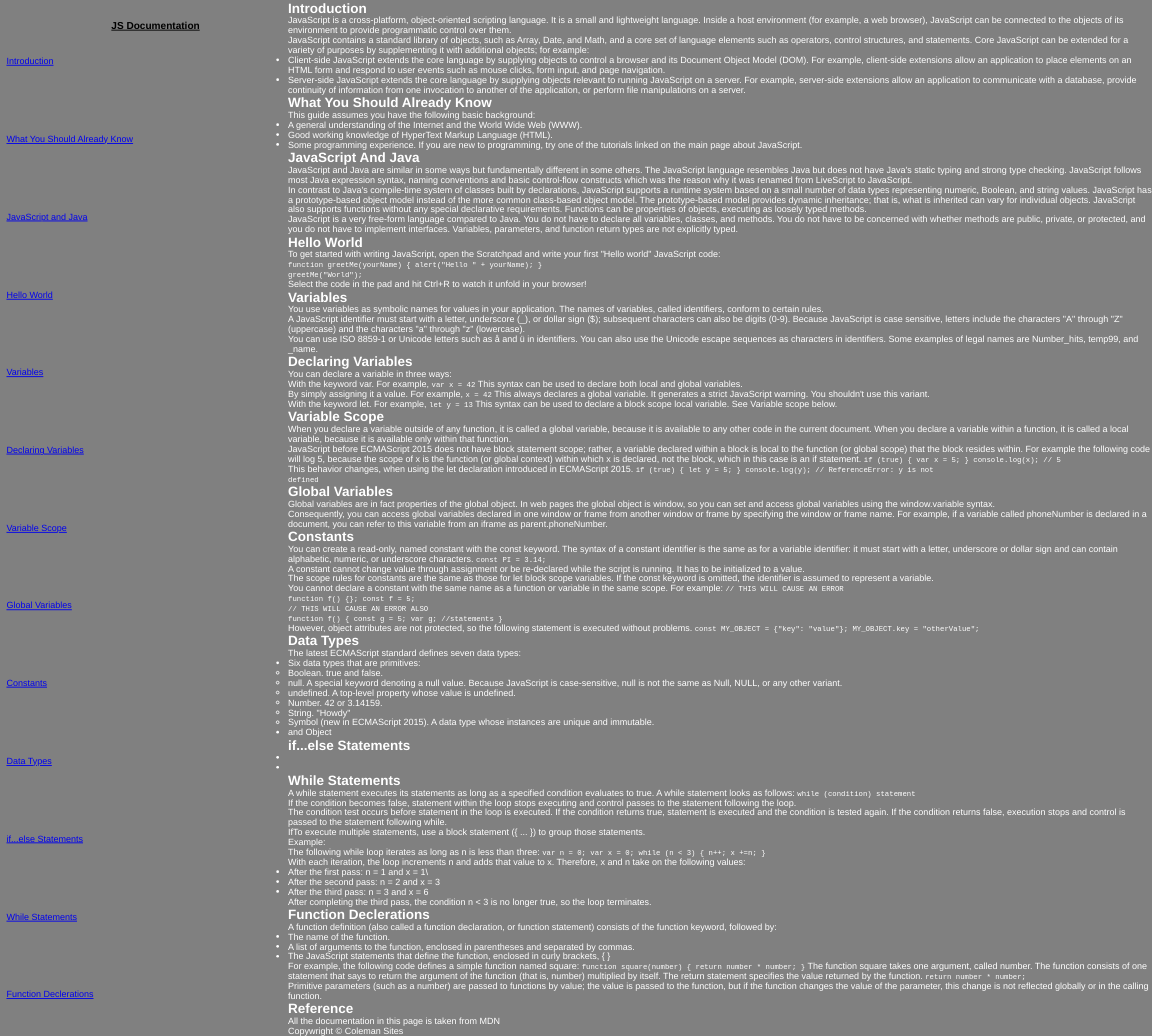
Repository: ctcoleman/technicalDocumentationPage
Page: index.html
These files come from the project's save history. The page is drawn as it stood at one moment and after the next save; the edit follows.
The browser window is 1280 px wide. The pictures show the whole page, at 90% of full size.

Above is the page before, as saved 2020-07-10 19:51:28.

### index.html
<!DOCTYPE html>
<html lang="en">

<head>
  <meta charset="UTF-8">
  <meta name="viewport" content="width=device-width, initial-scale=1.0">
  <title>FCC: Technical Documentation Page</title>
  <link type="text/css" rel="stylesheet" href="/assets/stylesheets/style.css">
</head>

<body>

  <nav id="navbar">
    <header id="main-heading">
      <h1>JS Documentation</h1>
    </header>
    <div class="nav-container">
      <a class="nav-link" href="#introduction">Introduction</a>
      <a class="nav-link" href="#what_you_should_already_know">What You Should Already Know</a>
      <a class="nav-link" href="#javaScript_and_java">JavaScript and Java</a>
      <a class="nav-link" href="#hello_world">Hello World</a>
      <a class="nav-link" href="#variables">Variables</a>
      <a class="nav-link" href="#declaring_variables">Declaring Variables</a>
      <a class="nav-link" href="#variable_scope">Variable Scope</a>
      <a class="nav-link" href="#global_variables">Global Variables</a>
      <a class="nav-link" href="#constants">Constants</a>
      <a class="nav-link" href="#data_types">Data Types</a>
      <a class="nav-link" href="#if...else_statements">if...else Statements</a>
      <a class="nav-link" href="#while_statements">While Statements</a>
      <a class="nav-link" href="#function_declerations">Function Declerations</a>
      <a class="nav-link" href="#reference">Reference</a>
    </div>
  </nav>

  <main id="main-doc">

    <section class="main-section" id="introduction">
      <header class="topic-header">
        <h2>Introduction</h2>
      </header>
      <article>
        <p>
          JavaScript is a cross-platform, object-oriented scripting language. It is a small and lightweight language.
          Inside a host environment (for example, a web browser), JavaScript can be connected to the objects of its
          environment to provide programmatic control over them.
        </p>
        <p>
          JavaScript contains a standard library of objects, such as Array, Date, and Math, and a core set of language
          elements such as operators, control structures, and statements. Core JavaScript can be extended for a variety
          of purposes by supplementing it with additional objects; for example:
        <ul>
          <li>Client-side JavaScript extends the core language by supplying objects to control a browser and its
            Document Object Model (DOM). For example, client-side extensions allow an application to place elements on
            an HTML form and respond to user events such as mouse clicks, form input, and page navigation.</li>
          <li>Server-side JavaScript extends the core language by supplying objects relevant to running JavaScript on a
            server. For example, server-side extensions allow an application to communicate with a database, provide
            continuity of information from one invocation to another of the application, or perform file manipulations
            on a server.</li>
        </ul>
        </p>
      </article>
    </section>

    <section class="main-section" id="what_you_should_already_know">
      <header class="topic-header">
        <h2>What You Should Already Know</h2>
      </header>
      <article>
        <p>
          This guide assumes you have the following basic background:
        <ul>
          <li>A general understanding of the Internet and the World Wide Web (WWW).
          </li>
          <li>Good working knowledge of HyperText Markup Language (HTML).
          </li>
          <li>Some programming experience. If you are new to programming, try one of the tutorials linked on the main
            page about JavaScript.
          </li>
        </ul>
        </p>
      </article>
    </section>

    <section class="main-section" id="javaScript_and_java">
      <header class="topic-header">
        <h2>JavaScript And Java</h2>
      </header>
      <article>
        <p>
          JavaScript and Java are similar in some ways but fundamentally different in some others. The JavaScript
          language resembles Java but does not have Java's static typing and strong type checking. JavaScript follows
          most Java expression syntax, naming conventions and basic control-flow constructs which was the reason why it
          was renamed from LiveScript to JavaScript.
        </p>
        <p>
          In contrast to Java's compile-time system of classes built by declarations, JavaScript supports a runtime
          system based on a small number of data types representing numeric, Boolean, and string values. JavaScript has
          a prototype-based object model instead of the more common class-based object model. The prototype-based model
          provides dynamic inheritance; that is, what is inherited can vary for individual objects. JavaScript also
          supports functions without any special declarative requirements. Functions can be properties of objects,
          executing as loosely typed methods.
        </p>
        <p>
          JavaScript is a very free-form language compared to Java. You do not have to declare all variables, classes,
          and methods. You do not have to be concerned with whether methods are public, private, or protected, and you
          do not have to implement interfaces. Variables, parameters, and function return types are not explicitly
          typed.
        </p>
      </article>
    </section>

    <section class="main-section" id="hello_world">
      <header class="topic-header">
        <h2>Hello World</h2>
      </header>
      <article>
        <p>
          To get started with writing JavaScript, open the Scratchpad and write your first "Hello world" JavaScript
          code:
        </p>
        <code>
          function greetMe(yourName) { alert("Hello " + yourName); }<br>
          greetMe("World");
        </code>
        <p>
          Select the code in the pad and hit Ctrl+R to watch it unfold in your browser!
        </p>
      </article>
    </section>

    <section class="main-section" id="variables">
      <header class="topic-header">
        <h2>Variables</h2>
      </header>
      <article>
        <p>
          You use variables as symbolic names for values in your application. The names of variables, called
          identifiers, conform to certain rules.
        </p>
        <p>
          A JavaScript identifier must start with a letter, underscore (_), or dollar sign ($); subsequent characters
          can also be digits (0-9). Because JavaScript is case sensitive, letters include the characters "A" through "Z"
          (uppercase) and the characters "a" through "z" (lowercase).
        </p>
        <p>
          You can use ISO 8859-1 or Unicode letters such as å and ü in identifiers. You can also use the Unicode escape
          sequences as characters in identifiers. Some examples of legal names are Number_hits, temp99, and _name.
        </p>
      </article>
    </section>

    <section class="main-section" id="declaring_variables">
      <header class="topic-header">
        <h2>Declaring Variables</h2>
      </header>
      <article>
        <p>
          You can declare a variable in three ways:
        </p>
        <p>
          With the keyword var. For example,
          <code> var x = 42</code>
          This syntax can be used to declare both local and global variables.
        </p>
        <p>
          By simply assigning it a value. For example,
          <code>x = 42</code>
          This always declares a global variable. It generates a strict JavaScript warning. You shouldn't use this
          variant.
        </p>
        <p>
          With the keyword let. For example,
          <code>let y = 13</code>
          This syntax can be used to declare a block scope local variable. See Variable scope below.
        </p>
      </article>
    </section>

    <section class="main-section" id="variable_scope">
      <header class="topic-header">
        <h2>Variable Scope</h2>
      </header>
      <article>
        <p>
          When you declare a variable outside of any function, it is called a global variable, because it is available
          to any other code in the current document. When you declare a variable within a function, it is called a local
          variable, because it is available only within that function.
        </p>
        <p>
          JavaScript before ECMAScript 2015 does not have block statement scope; rather, a variable declared within a
          block is local to the function (or global scope) that the block resides within. For example the following code
          will log 5, because the scope of x is the function (or global context) within which x is declared, not the
          block, which in this case is an if statement.
          <code>if (true) { var x = 5; } console.log(x); // 5</code>
        </p>
        <p>
          This behavior changes, when using the let declaration introduced in ECMAScript 2015.
          <code>if (true) { let y = 5; } console.log(y); // ReferenceError: y is not<br>
          defined</code>
        </p>
      </article>
    </section>

    <section class="main-section" id="global_variables">
      <header class="topic-header">
        <h2>Global Variables</h2>
      </header>
      <article>
        <p>
          Global variables are in fact properties of the global object. In web pages the global object is window, so you
          can set and access global variables using the window.variable syntax.
        </p>
        <p>
          Consequently, you can access global variables declared in one window or frame from another window or frame by
          specifying the window or frame name. For example, if a variable called phoneNumber is declared in a document,
          you can refer to this variable from an iframe as parent.phoneNumber.
        </p>
      </article>
    </section>

    <section class="main-section" id="constants">
      <header class="topic-header">
        <h2>Constants</h2>
      </header>
      <article>
        <p>
          You can create a read-only, named constant with the const keyword. The syntax of a constant identifier is the
          same as for a variable identifier: it must start with a letter, underscore or dollar sign and can contain
          alphabetic, numeric, or underscore characters.
          <code>const PI = 3.14;</code>
        </p>
        <p>
          A constant cannot change value through assignment or be re-declared while the script is running. It has to be
          initialized to a value.
          <br>
          The scope rules for constants are the same as those for let block scope variables. If the const keyword is
          omitted, the identifier is assumed to represent a variable.
          <br>
          You cannot declare a constant with the same name as a function or variable in the same scope. For example:
          <code>
            // THIS WILL CAUSE AN ERROR<br> function f() {}; const f = 5;<br> // THIS WILL
            CAUSE AN ERROR ALSO<br> function f() { const g = 5; var g; //statements
            }
          </code>
        </p>
        <p>
          However, object attributes are not protected, so the following statement is executed without problems.

          <code>
            const MY_OBJECT = {"key": "value"}; MY_OBJECT.key = "otherValue";
          </code>
        </p>
      </article>
    </section>

    <section class="main-section" id="data_types">
      <header class="topic-header">
        <h2>Data Types</h2>
      </header>
      <article>
        <p>
          The latest ECMAScript standard defines seven data types:
        <ul>
          <li>Six data types that are primitives:</li>
          <ul>
            <li>Boolean. true and false.</li>
            <li>null. A special keyword denoting a null value. Because JavaScript is case-sensitive, null is not the
              same as Null, NULL,
              or any other variant.</li>
            <li>undefined. A top-level property whose value is undefined.</li>
            <li>Number. 42 or 3.14159.</li>
            <li>String. "Howdy"</li>
            <li>Symbol (new in ECMAScript 2015). A data type whose instances are unique and immutable.</li>
          </ul>
          <li>and Object</li>
        </ul>
        </p>
        <p>

        </p>
      </article>
    </section>

    <section class="main-section" id="if...else_statements">
      <header class="topic-header">
        <h2>if...else Statements</h2>
      </header>
      <article>
        <p>
        <ul>
          <li></li>
          <li></li>
        </ul>
        </p>
        <p>

        </p>
      </article>
    </section>

    <section class="main-section" id="while_statements">
      <header class="topic-header">
        <h2>While Statements</h2>
      </header>
      <article>
        <p>
          A while statement executes its statements as long as a specified condition evaluates to true. A while
          statement looks as
          follows:
          <code>while (condition) statement</code>
        </p>
        <p>
          If the condition becomes false, statement within the loop stops executing and control passes to the statement
          following the loop.
          <br>
          The condition test occurs before statement in the loop is executed. If the condition returns true, statement
          is executed and the condition is tested again. If the condition returns false, execution stops and control is
          passed to the statement following while.
        </p>
        <p>
          IfTo execute multiple statements, use a block statement ({ ... }) to group those statements.
          <br>
          Example:
          <br>
          The following while loop iterates as long as n is less than three:
          <code>
            var n = 0; var x = 0; while (n < 3) { n++; x +=n; }
          </code>
        </p>
        <p>
          With each iteration, the loop increments n and adds that value to x. Therefore, x and n take on the following
          values:
        <ul>
          <li>
            After the first pass: n = 1 and x = 1\
          </li>
          <li>
            After the second pass: n = 2 and x = 3
          </li>
          <li>
            After the third pass: n = 3 and x = 6
          </li>
        </ul>
        After completing the third pass, the condition n < 3 is no longer true, so the loop terminates. </p>
      </article>
    </section>

    <section class="main-section" id="function_declerations">
      <header class="topic-header">
        <h2>Function Declerations</h2>
      </header>
      <article>
        <p>
          A function definition (also called a function declaration, or function statement) consists of the function
          keyword, followed by:
        <ul>
          <li>The name of the function.</li>
          <li>A list of arguments to the function, enclosed in parentheses and separated by commas.</li>
          <li>The JavaScript statements that define the function, enclosed in curly brackets, { }</li>
        </ul>
        </p>
        For example, the following code defines a simple function named square:
        <code>function square(number) { return number * number; }</code>
        The function square takes one argument, called number. The function consists of one statement that says to
        return the
        argument of the function (that is, number) multiplied by itself. The return statement specifies the value
        returned by
        the function.
        <code>return number * number;</code>

        <p>
          Primitive parameters (such as a number) are passed to functions by value; the value is passed to the function,
          but if the function changes the value of the parameter, this change is not reflected globally or in the
          calling function.
        </p>
      </article>
    </section>

    <section class="main-section" id="reference">
      <header class="topic-header">
        <h2>Reference</h2>
      </header>
      <article>
        <p>
          All the documentation in this page is taken from MDN
          <p />
      </article>
    </section>

    <footer id="footer-wrapper">
      <span>Copywright &copy; Coleman Sites</span>
    </footer>
  </main>
  <script src="https://cdn.freecodecamp.org/testable-projects-fcc/v1/bundle.js"></script>
</body>

</html>

### assets/stylesheets/style.css
/** Basic Styling **/
* {
  margin: 0;
  padding: 0;
  outline: 0;
  box-sizing: border-box;
}

body {
 background: grey;
 color: white;
 -webkit-font-smoothing: antialiased;
 display: flex;
}

body,
input,
button {
 font-size: 62.5%;
 font-family: 'Helvetica';
}

button {
 cursor: pointer;
}

/** NavBar Styling **/
#navbar {
  width: 25vw;
}
/** Heading Stying **/

#main-heading {
  margin: 3vh 1vw;
  width: 25vw;
  text-align: center;
  text-decoration: underline;
  color: black;
}

#main-heading h1 {
  font-size: .7rem;
}

.nav-container {
  position: fixed;
  left: 0;
  display: flex;
  flex-direction: column;
}

.nav-container .nav-link {
  display: inline-block;
  width: 25vw;
  height: 10vh;
  margin: 1vh;
}

After the next save:
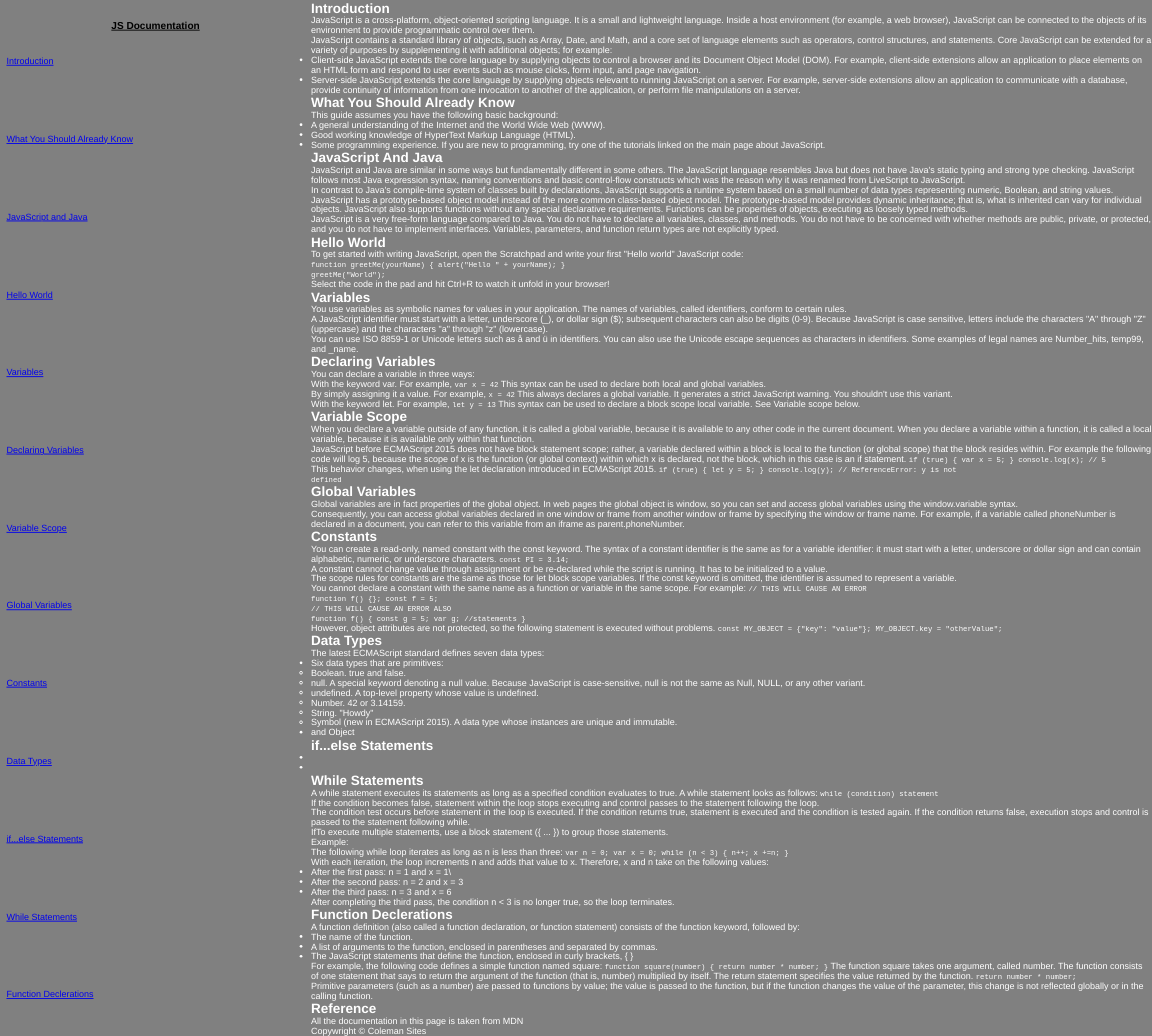
Saved 16 s later.
--- a/assets/stylesheets/style.css
+++ b/assets/stylesheets/style.css
@@ -26,7 +26,7 @@ button {
 
 /** NavBar Styling **/
 #navbar {
-  width: 25vw;
+  width: 30vw;
 }
 /** Heading Stying **/
 
